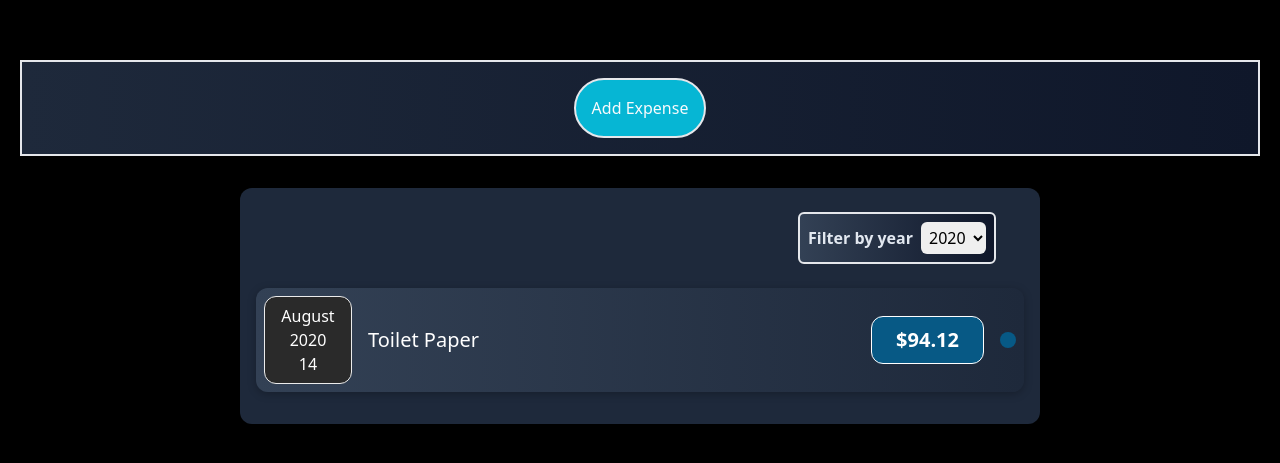
Repository: Sef24/expense-tracker
Page: /
These files come from the project's save history. The page is drawn as it stood at one moment and after the next save; the edit follows.
The browser window is 1280 px wide. The pictures show the whole page.
The project was rebuilt for these pictures with package versions that can differ from the ones it lists, and the page was loaded fresh each time. Also part of the build but not shown: src/components/NewExpense/NewExpense.css, src/components/NewExpense/ExpenseForm.css, src/components/NewExpense/ExpenseForm.js.

Above is the page before, as saved 2022-05-03 19:40:33.

After the next save:
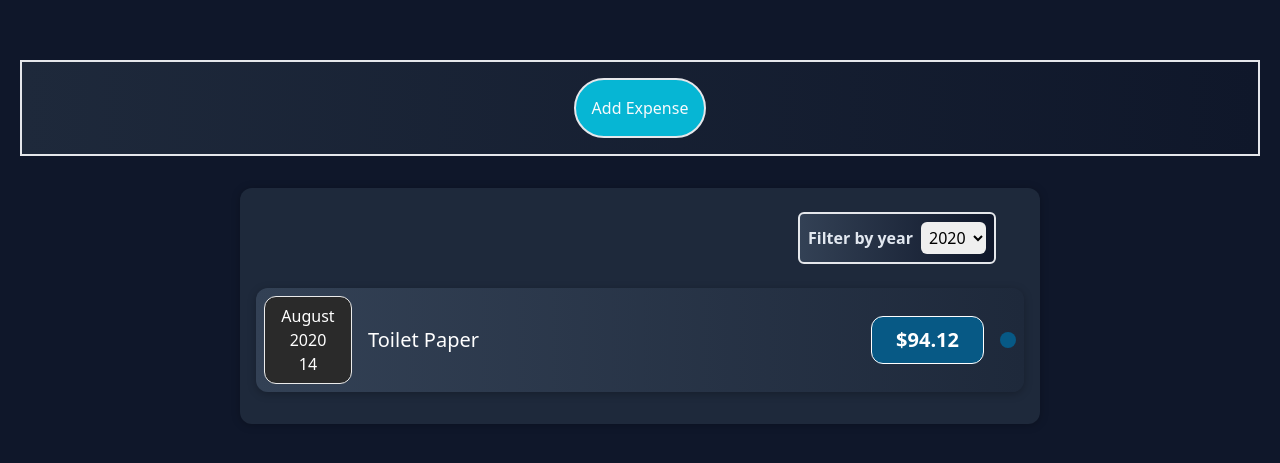
Saved 9 s later.
--- a/src/index.css
+++ b/src/index.css
@@ -4,6 +4,6 @@
 
 @layer base {
   body {
-    @apply bg-black;
+    @apply bg-slate-900;
   }
 }
